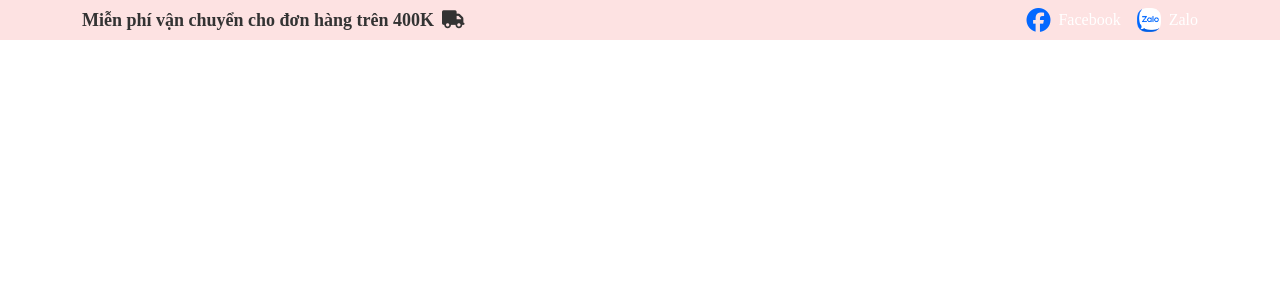
Repository: hoang28092000/kim-store
Page: index.html
These files come from the project's save history. The page is drawn as it stood at one moment and after a run of saves; the edit follows.
The browser window is 1280 px wide. The pictures show the whole page.
Some web libraries are served in a nearby version.

Above is the page before, as saved 2024-10-31 21:45:12.

After the next 2 saves:
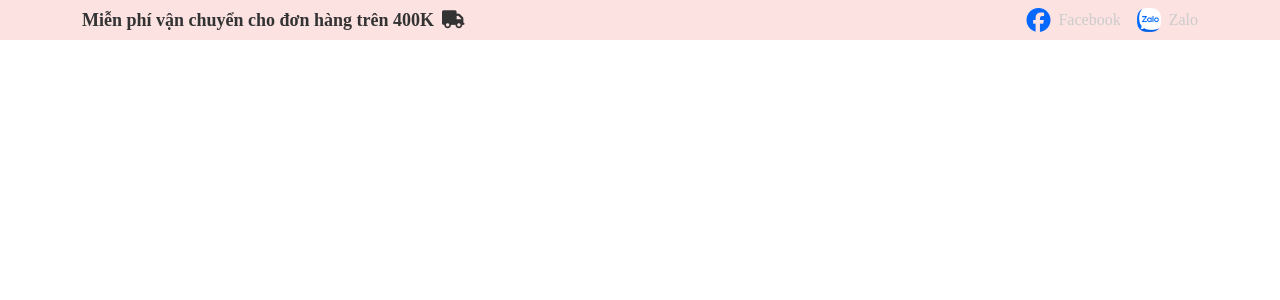
The 2 saves are shown as one change because they came seconds apart.
The last was saved 8 s later.
--- a/asset/style.css
+++ b/asset/style.css
@@ -44,5 +44,5 @@
 }
 .top_header .txt-fb ,.txt-zalo{
     font-size: 16px;
-    color: #fff;
+    color: #ccc;
 }
